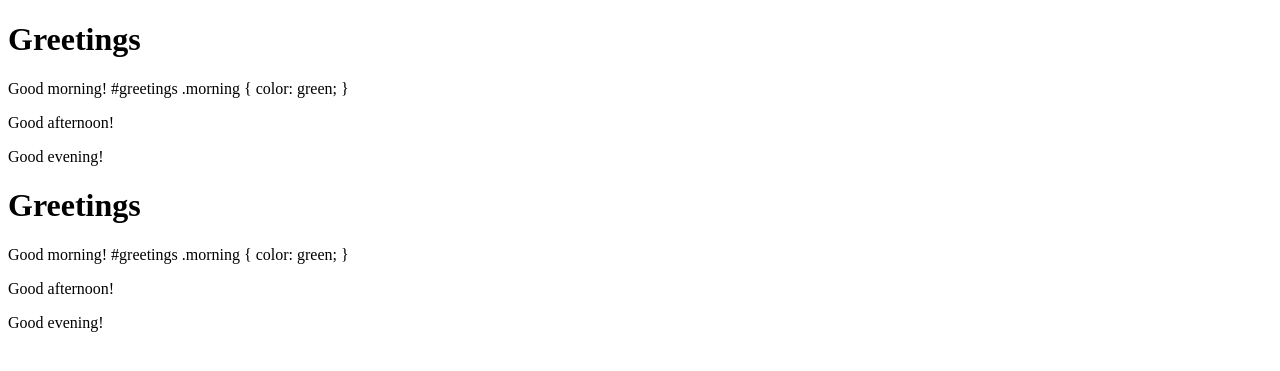
Repository: MomoeTeruya/microposts
Page: exam.html
The author's editor kept a record of every edit. The page is drawn from the files as they stood at one moment, then again after the next edit.
The browser window is 1280 px wide. The pictures show the whole page.

Above is the page before.

### exam.html
<!DOCTYPE html>
<html>
    <head>
        <meta charset="utf-8">
        <title>Greetings</title>
    </head>


  <body>
<h1>Greetings</h1>

  <div>
    <p>
    Good morning!
    #greetings .morning {
  color: green;
}
    </p>
    <p>
    Good afternoon!
    </p>
    <p>
    Good evening!
    </p>
  </div>
</body>
</html>








  <body>
<h1>Greetings</h1>

  <div>
    <p>
    Good morning!
    #greetings .morning {
  color: green;
}
    </p>
    <p>
    Good afternoon!
    </p>
    <p>
    Good evening!
    </p>
  </div>
</body>
</html>

After the next edit:
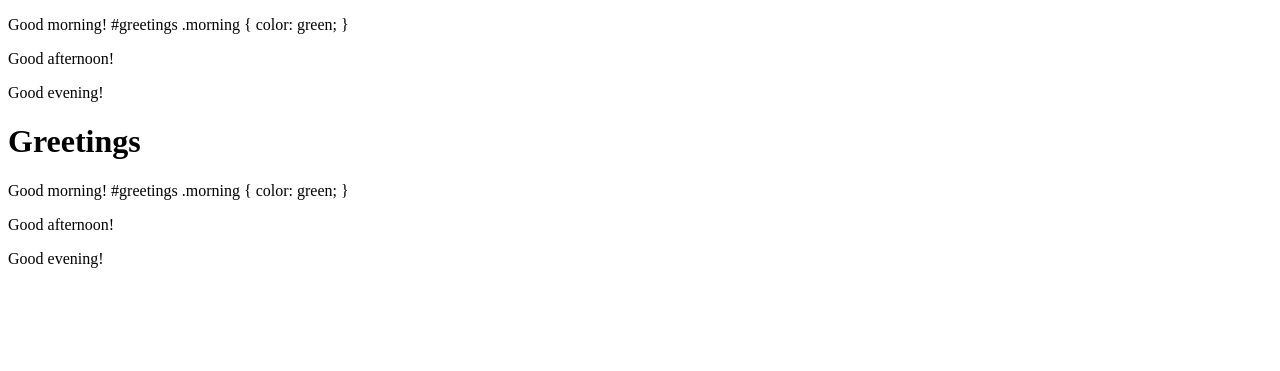
The edit:
--- a/exam.html
+++ b/exam.html
@@ -7,7 +7,6 @@
 
 
   <body>
-<h1>Greetings</h1>
 
   <div>
     <p>
